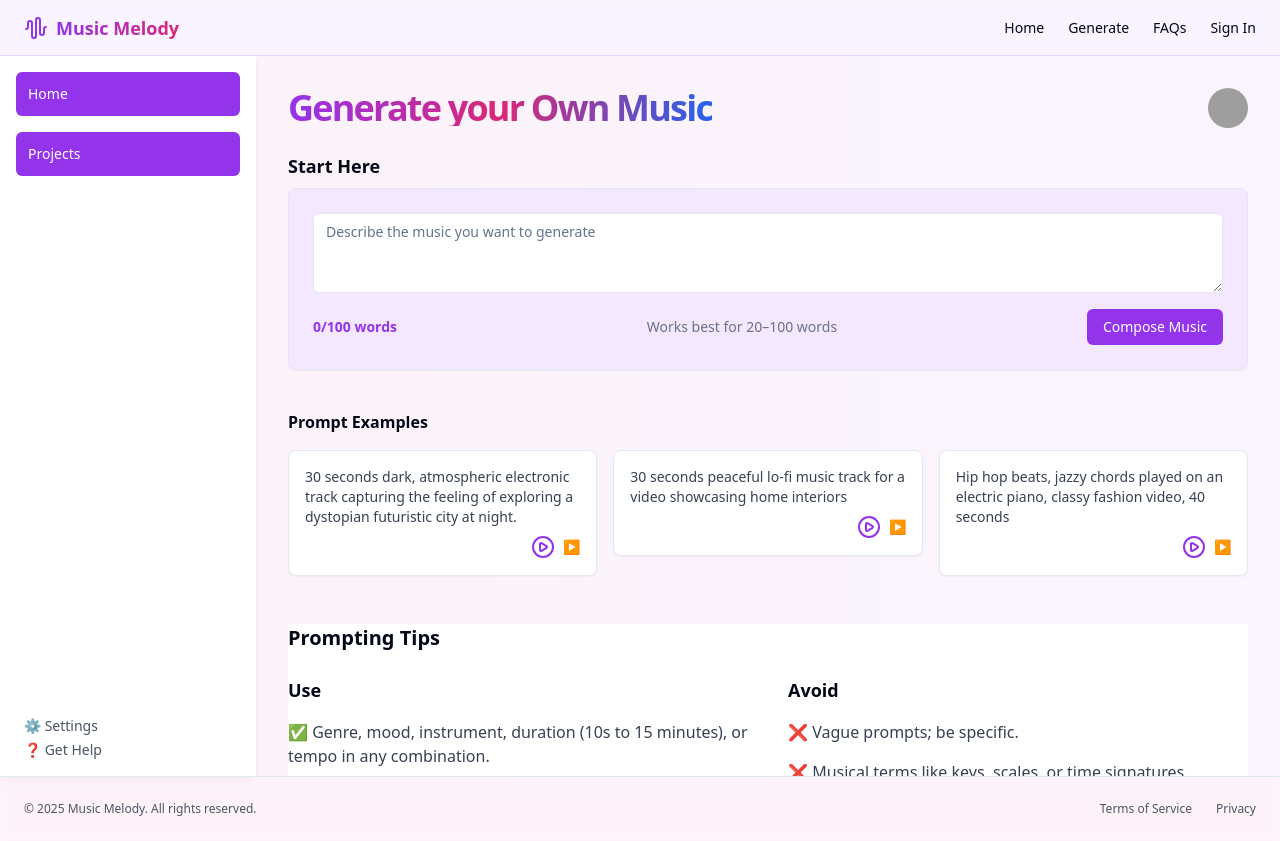
Repository: Aadityakesarwani/musicMelody
Page: /MusicMelodyUI
The author's editor kept a copy of each file at every save. The page is drawn from the files as they stood at one save, then again after the next save.
The browser window is 1280 px wide. The pictures show the whole page.
Pictures or frames that could not be fetched are drawn as grey boxes. An inner scrolling area shows only its first screen. The project was rebuilt for these pictures with package versions that can differ from the ones it lists, and the page was loaded fresh each time. Also part of the build but not shown: vite.config.js, src/components/ui/accordion.jsx, src/components/Faq.jsx, src/components/Hero.jsx, src/components/HowItWorks.jsx, src/context/AuthContext.jsx, src/components/SignIn.jsx, src/components/MusicSection.jsx and 7 more. Imported but missing from the stored project, and not drawn on this page: src/assets/1.mp4, src/assets/2.mp4, src/assets/3.mp4, src/assets/4.mp4, src/assets/5.mp4.

Above is the page before, as saved 2025-04-13 19:21:12.

### src/main.jsx
import './polyfills';
import React from 'react'
import ReactDOM from 'react-dom/client'
import App from './App'
import './index.css'

ReactDOM.createRoot(document.getElementById('root')).render(
  <React.StrictMode>
    <App />
  </React.StrictMode>,
)

### src/polyfills.js
// Add global polyfill for browser environment
if (typeof global === 'undefined') {
  window.global = window;
}

### src/App.jsx
import { BrowserRouter } from "react-router-dom";
import { Route, Routes } from "react-router-dom";

import FAQ from "./components/Faq";
import Footer from "./components/Footer";
import Header from "./components/Header";
import Hero from "./components/Hero";
import HowItWorks from "./components/HowItWorks";
import LoginSignUpPage from "./components/SignIn";
import MusicSection from "./components/MusicSection";
import MusicLandingPage from "./components/MusicLandingPage";
import MusicMelodyUI from "./components/MusicMelodyUI";
import CTA from "./components/Cta";
import ProjectDetails from "./components/ProjectDetails";
import Pricing from "./components/Pricing";
import TermsOfService from "./components/TermsOfService";
import Home from "./components/Home";

function App() {
  return (
    <BrowserRouter>
      <div className="flex flex-col min-h-screen bg-gradient-to-b from-purple-100 to-pink-100 dark:from-purple-900 dark:to-pink-900">
        <Header />
        <main className="flex-1">
          <Routes>
            <Route path="/LoginSignUpPage" element={<LoginSignUpPage />} />
            <Route path="/MusicLandingPage" element={<MusicLandingPage />} />
            <Route path="/MusicMelodyUI" element={<MusicMelodyUI />} />
            <Route path="/ProjectDetails" element={<ProjectDetails />} />
            <Route path="/Pricing" element={<Pricing />} />
            <Route path="/TermsOfService" element={<TermsOfService />} />
            <Route path="/Home" element={<Home />} />
            <Route
              path="/"
              element={
                <div className="flex flex-col gap-8">
                  <section id="hero">
                    <Hero />
                  </section>
                  <section id="music-section">
                    <MusicSection />
                  </section>
                  <section id="howitworks">
                    <HowItWorks />
                  </section>
                  <section id="faqs">
                    <FAQ />
                  </section>
                  <section id="cta">
                    <CTA />
                  </section>
                </div>
              }
            />
          </Routes>
        </main>
        <Footer />
      </div>
    </BrowserRouter>
  );
}

export default App;

### src/components/Footer.jsx
import React from 'react';
import { Link } from 'react-router-dom'; // Import Link from react-router-dom

export default function Footer() {
  return (
    <footer className="flex flex-col gap-2 sm:flex-row py-6 w-full shrink-0 items-center px-4 md:px-6 border-t bg-white/50 backdrop-blur-sm dark:bg-gray-800/50">
      <p className="text-xs text-gray-600 dark:text-gray-400">
        © {new Date().getFullYear()} Music Melody. All rights reserved.
      </p>
      <nav className="sm:ml-auto flex gap-4 sm:gap-6">
        {/* Link to the Terms of Service page */}
        <Link
          className="text-xs hover:underline underline-offset-4 text-gray-600 hover:text-purple-600 dark:text-gray-400 dark:hover:text-purple-400"
          to="/TermsOfService" // Use the path you defined for Terms of Service in your router
        >
          Terms of Service
        </Link>
        <Link
          className="text-xs hover:underline underline-offset-4 text-gray-600 hover:text-purple-600 dark:text-gray-400 dark:hover:text-purple-400"
          to="/Privacy" // Use the path you defined for Privacy Policy in your router
        >
          Privacy
        </Link>
      </nav>
    </footer>
  );
}

### src/components/Header.jsx
import { AudioWaveform, Menu, X } from "lucide-react";
import { Link, useLocation } from "react-router-dom";
import { useState } from "react";

export default function Header() {
  const location = useLocation();
  const [isMenuOpen, setIsMenuOpen] = useState(false);

  const scrollToSection = (sectionId) => {
    if (location.pathname === '/') {
      const element = document.getElementById(sectionId);
      if (element) {
        element.scrollIntoView({ behavior: 'smooth' });
      }
    }
    setIsMenuOpen(false);
  };

  return (
    <header className="sticky top-0 z-50 px-4 lg:px-6 h-14 flex items-center border-b border-purple-200 dark:border-purple-800 bg-white/50 backdrop-blur-sm dark:bg-gray-800/50">
      <Link
        to="/"
        onClick={() => scrollToSection('hero')}
        className="flex items-center justify-center"
      >
        <AudioWaveform className="h-6 w-6 text-purple-600 dark:text-purple-400" />
        <span className="ml-2 text-lg font-bold bg-clip-text text-transparent bg-gradient-to-r from-purple-600 to-pink-600 dark:from-purple-400 dark:to-pink-400">
          Music Melody
        </span>
      </Link>

      {/* Hamburger Menu */}
      <button
        onClick={() => setIsMenuOpen(!isMenuOpen)}
        className="ml-auto md:hidden"
      >
        {isMenuOpen ? (
          <X className="h-6 w-6 text-purple-600 dark:text-purple-400" />
        ) : (
          <Menu className="h-6 w-6 text-purple-600 dark:text-purple-400" />
        )}
      </button>

      {/* Desktop Navigation */}
      <nav className="ml-auto hidden md:flex gap-4 sm:gap-6">
        <Link
          to="/"
          onClick={() => scrollToSection('hero')}
          className="text-sm font-medium hover:text-purple-600 dark:hover:text-purple-400 transition-colors"
        >
          Home
        </Link>
        <Link
          to="/MusicLandingPage"
          className="text-sm font-medium hover:text-purple-600 dark:hover:text-purple-400 transition-colors"
        >
          Generate
        </Link>
        <Link
          to="/"
          onClick={() => scrollToSection('faqs')}
          className="text-sm font-medium hover:text-purple-600 dark:hover:text-purple-400 transition-colors"
        >
          FAQs
        </Link>
        <Link
          to="/LoginSignUpPage"
          className="text-sm font-medium hover:text-purple-600 dark:hover:text-purple-400 transition-colors"
        >
          Sign In
        </Link>
      </nav>

      {/* Mobile Navigation */}
      {isMenuOpen && (
        <div className="absolute top-14 left-0 right-0 bg-white dark:bg-gray-800 border-b border-purple-200 dark:border-purple-800 md:hidden">
          <nav className="flex flex-col p-4">
            <Link
              to="/"
              onClick={() => scrollToSection('hero')}
              className="py-2 text-sm font-medium hover:text-purple-600 dark:hover:text-purple-400 transition-colors"
            >
              Home
            </Link>
            <Link
              to="/"
              onClick={() => scrollToSection('generator')}
              className="py-2 text-sm font-medium hover:text-purple-600 dark:hover:text-purple-400 transition-colors"
            >
              Generate
            </Link>
            <Link
              to="/"
              onClick={() => scrollToSection('faqs')}
              className="py-2 text-sm font-medium hover:text-purple-600 dark:hover:text-purple-400 transition-colors"
            >
              FAQs
            </Link>
            <Link
              to="/LoginSignUpPage"
              className="py-2 text-sm font-medium hover:text-purple-600 dark:hover:text-purple-400 transition-colors"
            >
              Sign In
            </Link>
          </nav>
        </div>
      )}
    </header>
  );
}

### src/components/MusicMelodyUI.jsx
import { motion } from "framer-motion";
import { Button } from "./ui/button";
import { Link } from "react-router-dom";
import { Card } from "./ui/card";
import { Avatar, AvatarImage } from "./ui/avatar";
import { Textarea } from "./ui/textarea";
import { CirclePlay } from "lucide-react";

export default function MusicMelodyUI() {
  return (
    <div className="flex h-screen bg-gradient-to-r from-pink-50 to-purple-50">
      {/* Sidebar */}
      <aside className="w-1/5 p-4 bg-white shadow-md flex flex-col justify-between">
        <div>
          <nav className="space-y-2">
            <Link to="/MusicLandingPage">
              <Button variant="default" className="w-full justify-start bg-purple-600 hover:bg-purple-700 text-white px-3 py-3 mb-4">
                Home
              </Button>
            </Link>
            <Link to="/ProjectDetails">
              <Button variant="outline" className="w-full justify-start bg-purple-600 hover:bg-purple-700 text-white px-3 py-3">
                Projects
              </Button>
            </Link>
          </nav>
        </div>
        <div className="space-y-1 text-sm text-gray-600 pl-2">
          <div className="cursor-pointer">⚙️ Settings</div>
          <div className="cursor-pointer">❓ Get Help</div>
        </div>
      </aside>

      {/* Main Content */}
      <main className="flex-1 p-8 overflow-auto">
        {/* Header */}
        <motion.header
          initial={{ opacity: 0 }}
          animate={{ opacity: 1 }}
          transition={{ duration: 0.5 }}
          className="flex justify-between items-center"
        >
          <h1 className="text-2xl font-bold tracking-tighter sm:text-2xl md:text-2xl lg:text-4xl/none bg-clip-text text-transparent
           bg-gradient-to-r from-purple-600 via-pink-600 to-blue-600 dark:from-purple-400
           dark:via-pink-400 dark:to-blue-400">
            Generate your Own Music
          </h1>
          <Avatar>
            <AvatarImage src="https://github.com/shadcn.png" alt="User avatar" />
          </Avatar>
        </motion.header>

        {/* Input Section */}
        <section className="mt-6">
          <h2 className="text-lg font-semibold mb-2">Start Here</h2>
          <Card className="p-6 bg-purple-100">
            <Textarea
              placeholder="Describe the music you want to generate"
              className="bg-white mb-4"
            />
            <div className="flex justify-between items-center text-sm">
              <span className="text-purple-600 font-bold">0/100 words</span>
              <span className="text-gray-500">Works best for 20–100 words</span>
              <Link to="/home">
                <Button variant="default" className="bg-purple-600 hover:bg-purple-700 text-white px-4 py-2">Compose Music</Button>
              </Link>
            </div>
          </Card>
        </section>

        {/* Prompt Examples */}
        <section className="mt-10">
          <h3 className="text-md font-semibold mb-4">Prompt Examples</h3>
          <div className="grid grid-cols-1 md:grid-cols-3 gap-4">
            {[
              "30 seconds dark, atmospheric electronic track capturing the feeling of exploring a dystopian futuristic city at night.",
              "30 seconds peaceful lo-fi music track for a video showcasing home interiors",
              "Hip hop beats, jazzy chords played on an electric piano, classy fashion video, 40 seconds"
            ].map((prompt, index) => (
              <motion.div
                key={index}
                initial={{ opacity: 0 }}
                animate={{ opacity: 1 }}
                transition={{ duration: 0.5, delay: index * 0.1 }}
              >
                <Card className="p-4">
                  <p className="text-sm text-gray-700">{prompt}</p>
                  <div className="flex justify-end mt-2 gap-2">
                    <CirclePlay className="cursor-pointer text-purple-600" />
                    <Button variant="ghost" size="icon">▶</Button>
                  </div>
                </Card>
              </motion.div>
            ))}
          </div>
        </section>

        {/* Prompting Tips Section */}
        <section className="mt-12 bg-white">
          <h3 className="text-xl font-bold mb-6 ">Prompting Tips</h3>
          <div className="grid grid-cols-1 md:grid-cols-2 gap-10">
            {/* Use Column */}
            <div>
              <h4 className="text-lg font-semibold mb-4">Use</h4>
              <ul className="space-y-4 text-gray-700">
                <li>✅ Genre, mood, instrument, duration (10s to 15 minutes), or tempo in any combination.</li>
                <li>✅ Genre like ambient, cinematic, lo-fi, electronic, rock, hio-hop for best results.</li>
                <li>✅ Keywords to mention the intended use (e.g., podcast, game)</li>
                <li>✅ Descriptive adjectives (e.g., dreamy, energetic) for tailored outputs.</li>
              </ul>
            </div>

            {/* Avoid Column */}
            <div>
              <h4 className="text-lg font-semibold mb-4">Avoid</h4>
              <ul className="space-y-4 text-gray-700">
                <li>❌ Vague prompts; be specific.</li>
                <li>❌ Musical terms like keys, scales, or time signatures.</li>
                <li>❌ Asking for vocals, sounds effective or foiey.</li>
                <li>❌ Including lyrics or scripts in prompts.</li>
              </ul>
            </div>
          </div>
          <p className="mt-8 text-sm text-center font-medium text-gray-800">
            want to read more? get the full guide here
          </p>
        </section>
      </main>
    </div>
  );
}

### src/components/ui/button.jsx
import * as React from "react";
import { Slot } from "@radix-ui/react-slot";
import { cn } from "../../lib/utils";

const Button = React.forwardRef(
  // eslint-disable-next-line react/prop-types
  ({ className, asChild = false, ...props }, ref) => {
    const Comp = asChild ? Slot : "button";
    return (
      <Comp
        className={cn(
          "inline-flex items-center justify-center whitespace-nowrap rounded-md text-sm font-medium transition-colors focus-visible:outline-none focus-visible:ring-1 focus-visible:ring-ring disabled:pointer-events-none disabled:opacity-50",
          className
        )}
        ref={ref}
        {...props}
      />
    );
  }
);

Button.displayName = "Button";

export { Button };

### src/components/ui/card.jsx
import * as React from "react";
import PropTypes from "prop-types"; // Import PropTypes for validation
import { cn } from "../../lib/utils";

const Card = React.forwardRef(({ className, ...props }, ref) => (
  <div
    ref={ref}
    className={cn(
      "rounded-lg border bg-card text-card-foreground shadow-sm",
      className
    )}
    {...props}
  />
));
Card.displayName = "Card";

// PropType validation
Card.propTypes = {
  className: PropTypes.string,
  children: PropTypes.node,
};

const CardHeader = React.forwardRef(({ className, ...props }, ref) => (
  <div
    ref={ref}
    className={cn("flex flex-col space-y-1.5 p-6", className)}
    {...props}
  />
));
CardHeader.displayName = "CardHeader";

// PropType validation
CardHeader.propTypes = {
  className: PropTypes.string,
  children: PropTypes.node,
};

const CardTitle = React.forwardRef(({ className, ...props }, ref) => (
  <h3
    ref={ref}
    className={cn(
      "text-2xl font-semibold leading-none tracking-tight",
      className
    )}
    {...props}
  />
));
CardTitle.displayName = "CardTitle";

// PropType validation
CardTitle.propTypes = {
  className: PropTypes.string,
  children: PropTypes.node,
};

const CardDescription = React.forwardRef(({ className, ...props }, ref) => (
  <p
    ref={ref}
    className={cn("text-sm text-muted-foreground", className)}
    {...props}
  />
));
CardDescription.displayName = "CardDescription";

// PropType validation
CardDescription.propTypes = {
  className: PropTypes.string,
  children: PropTypes.node,
};

const CardContent = React.forwardRef(({ className, ...props }, ref) => (
  <div ref={ref} className={cn("p-6 pt-0", className)} {...props} />
));
CardContent.displayName = "CardContent";

// PropType validation
CardContent.propTypes = {
  className: PropTypes.string,
  children: PropTypes.node,
};

const CardFooter = React.forwardRef(({ className, ...props }, ref) => (
  <div
    ref={ref}
    className={cn("flex items-center p-6 pt-0", className)}
    {...props}
  />
));
CardFooter.displayName = "CardFooter";

// PropType validation
CardFooter.propTypes = {
  className: PropTypes.string,
  children: PropTypes.node,
};

export { Card, CardHeader, CardFooter, CardTitle, CardDescription, CardContent };

### src/components/ui/avatar.jsx
import * as React from "react";
import PropTypes from "prop-types"; // For prop validation
import { cn } from "../../lib/utils"; // Utility for classNames

const Avatar = React.forwardRef(({ className, ...props }, ref) => (
  <div
    ref={ref}
    className={cn(
      "relative flex h-10 w-10 shrink-0 overflow-hidden rounded-full",
      className
    )}
    {...props}
  />
));
Avatar.displayName = "Avatar";

Avatar.propTypes = {
  className: PropTypes.string,
  children: PropTypes.node,
};

const AvatarImage = React.forwardRef(({ className, ...props }, ref) => (
  <img
    ref={ref}
    className={cn("aspect-square h-full w-full", className)}
    {...props}
  />
));
AvatarImage.displayName = "AvatarImage";

AvatarImage.propTypes = {
  className: PropTypes.string,
  src: PropTypes.string.isRequired,
  alt: PropTypes.string,
};

export { Avatar, AvatarImage };

### src/components/ui/textarea.jsx
import * as React from "react";
import { cn } from "../../lib/utils";

// eslint-disable-next-line react/prop-types
const Textarea = React.forwardRef(({ className, ...props }, ref) => {
  return (
    <textarea
      className={cn(
        "flex min-h-[80px] w-full rounded-md border border-input bg-background px-3 py-2 text-sm ring-offset-background placeholder:text-muted-foreground focus-visible:outline-none focus-visible:ring-2 focus-visible:ring-ring focus-visible:ring-offset-2 disabled:cursor-not-allowed disabled:opacity-50",
        className
      )}
      ref={ref}
      {...props}
    />
  );
});

Textarea.displayName = "Textarea";

export { Textarea };

### tailwind.config.js
/** @type {import('tailwindcss').Config} */
export default {
  darkMode: ["class"],
  content: [
    "./index.html",
    "./src/**/*.{js,ts,jsx,tsx}",
  ],
  theme: {
    container: {
      center: true,
      padding: "2rem",
      screens: {
        "2xl": "1400px",
      },
    },
    extend: {
      colors: {
        border: "hsl(var(--border))",
        input: "hsl(var(--input))",
        ring: "hsl(var(--ring))",
        background: "hsl(var(--background))",
        foreground: "hsl(var(--foreground))",
        primary: {
          DEFAULT: "hsl(var(--primary))",
          foreground: "hsl(var(--primary-foreground))",
        },
        secondary: {
          DEFAULT: "hsl(var(--secondary))",
          foreground: "hsl(var(--secondary-foreground))",
        },
        destructive: {
          DEFAULT: "hsl(var(--destructive))",
          foreground: "hsl(var(--destructive-foreground))",
        },
        muted: {
          DEFAULT: "hsl(var(--muted))",
          foreground: "hsl(var(--muted-foreground))",
        },
        accent: {
          DEFAULT: "hsl(var(--accent))",
          foreground: "hsl(var(--accent-foreground))",
        },
        popover: {
          DEFAULT: "hsl(var(--popover))",
          foreground: "hsl(var(--popover-foreground))",
        },
        card: {
          DEFAULT: "hsl(var(--card))",
          foreground: "hsl(var(--card-foreground))",
        },
      },
      borderRadius: {
        lg: "var(--radius)",
        md: "calc(var(--radius) - 2px)",
        sm: "calc(var(--radius) - 4px)",
      },
      keyframes: {
        "accordion-down": {
          from: { height: 0 },
          to: { height: "var(--radix-accordion-content-height)" },
        },
        "accordion-up": {
          from: { height: "var(--radix-accordion-content-height)" },
          to: { height: 0 },
        },
      },
      animation: {
        "accordion-down": "accordion-down 0.2s ease-out",
        "accordion-up": "accordion-up 0.2s ease-out",
      },
    },
  },
  plugins: [require("tailwindcss-animate")],
}

Loaded but not shown: index.html (common file); src/index.css (common file); src/lib/utils.js (common file)

After the next save:
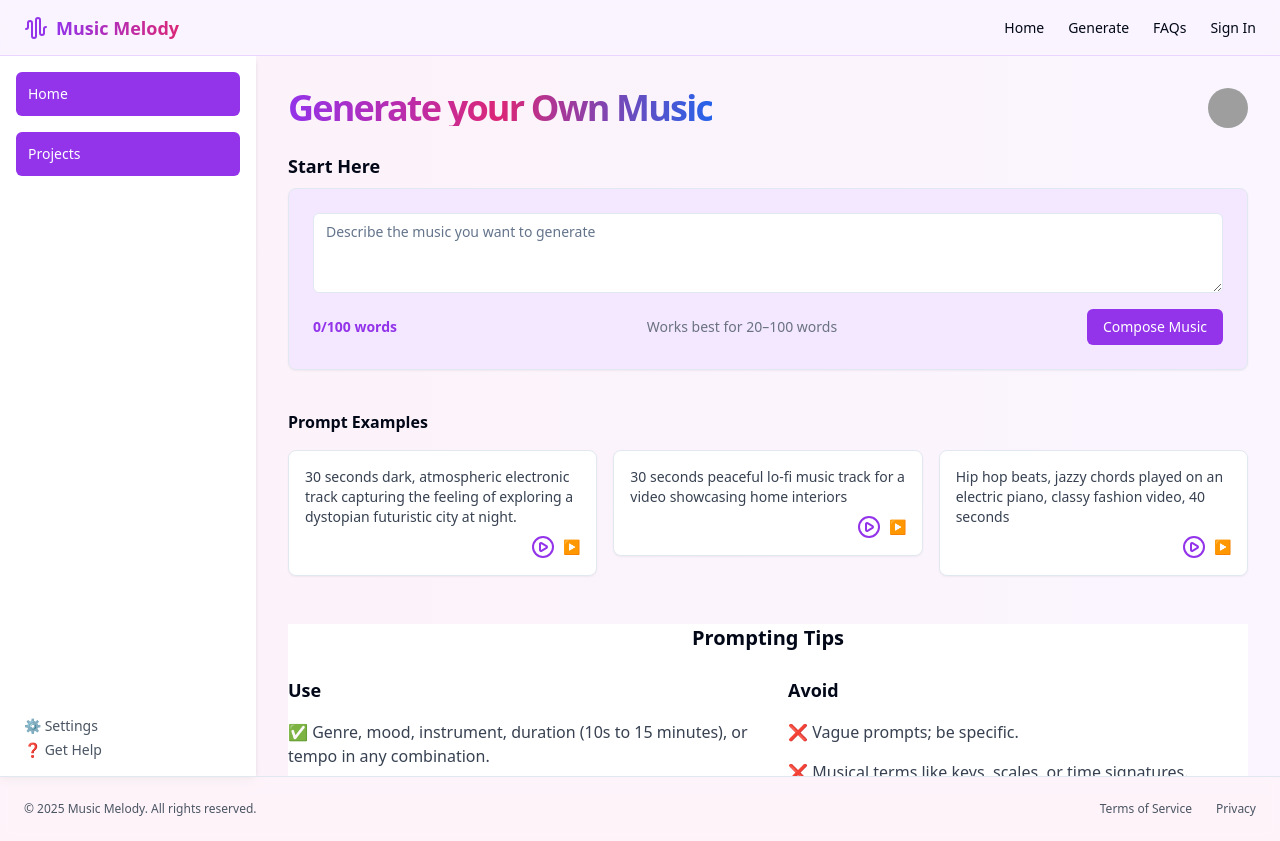
Saved 42 s later.
--- a/src/components/MusicMelodyUI.jsx
+++ b/src/components/MusicMelodyUI.jsx
@@ -97,7 +97,7 @@ export default function MusicMelodyUI() {
 
         {/* Prompting Tips Section */}
         <section className="mt-12 bg-white">
-          <h3 className="text-xl font-bold mb-6 ">Prompting Tips</h3>
+          <h3 className="text-xl font-bold mb-6 text-center">Prompting Tips</h3>
           <div className="grid grid-cols-1 md:grid-cols-2 gap-10">
             {/* Use Column */}
             <div>
